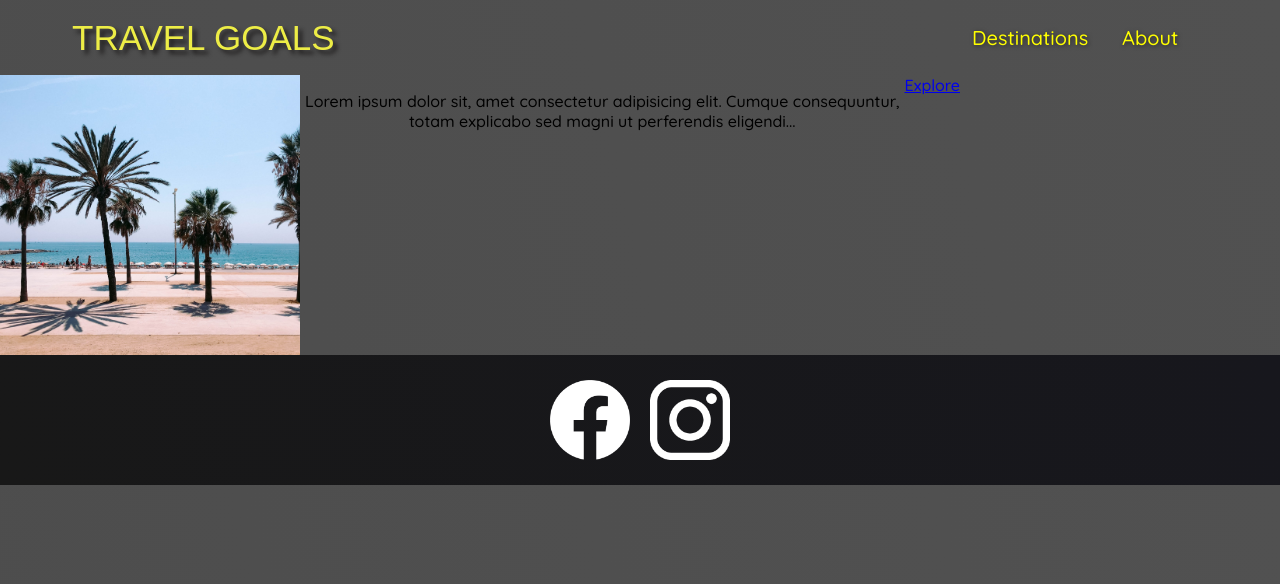
Repository: MicTomm/Travel-Goals
Page: places.html
These files come from the project's save history. The page is drawn as it stood at one moment and after the next save; the edit follows.
The browser window is 1280 px wide. The pictures show the whole page.
Some web fonts or font styles are not loaded; a fallback is used.

Above is the page before, as saved 2023-06-08 20:13:07.

After the next save:
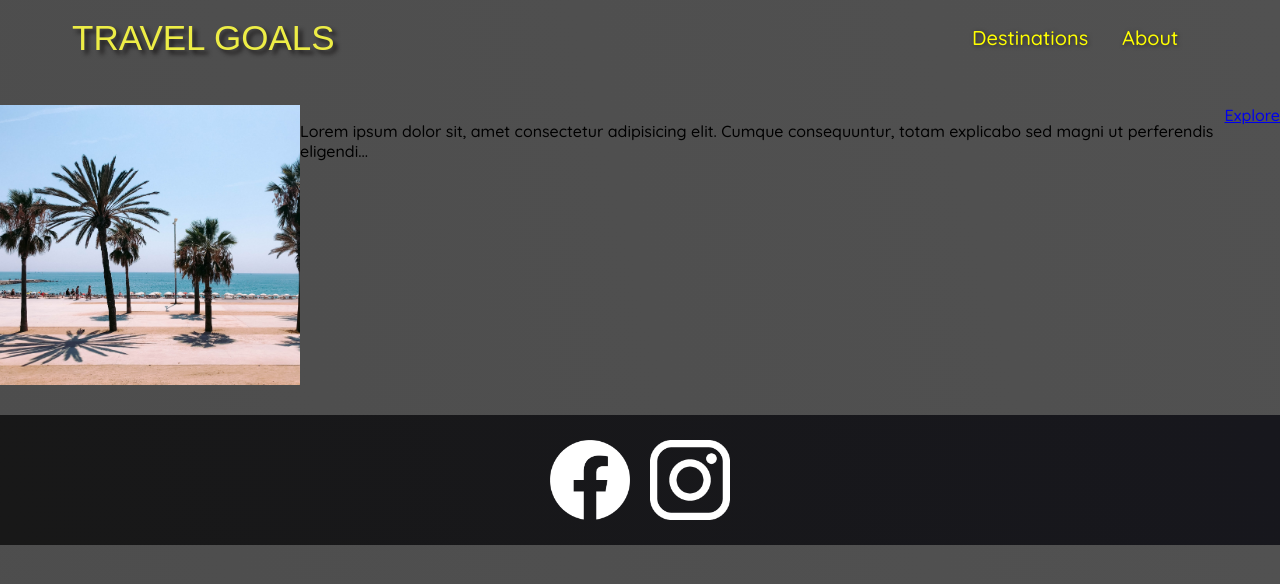
Saved 33 s later.
--- a/styles/places.css
+++ b/styles/places.css
@@ -1,27 +1,24 @@
-body{
+body {
     background: linear-gradient(77deg, rgb(77, 77, 77), rgb(81, 81, 81));
 }
+
 /*
     position: static sovrascrive il comportamento impostato per l'header nel file shared.css, al fine
     di evitare la sovrapposizione delle prime card sull'header
 */
-header{
+header {
     position: static;
 }
 
-main{
-    text-align: center;
+main ul {
+    margin: 30px auto;
 }
 
-main ul{
-    width: 75%;
-}
-
-main li{
+main li {
     display: flex;
 }
 
-main li img{
+main li img {
     height: 280px;
     width: 300px;
     object-fit: cover;

After the save that followed:
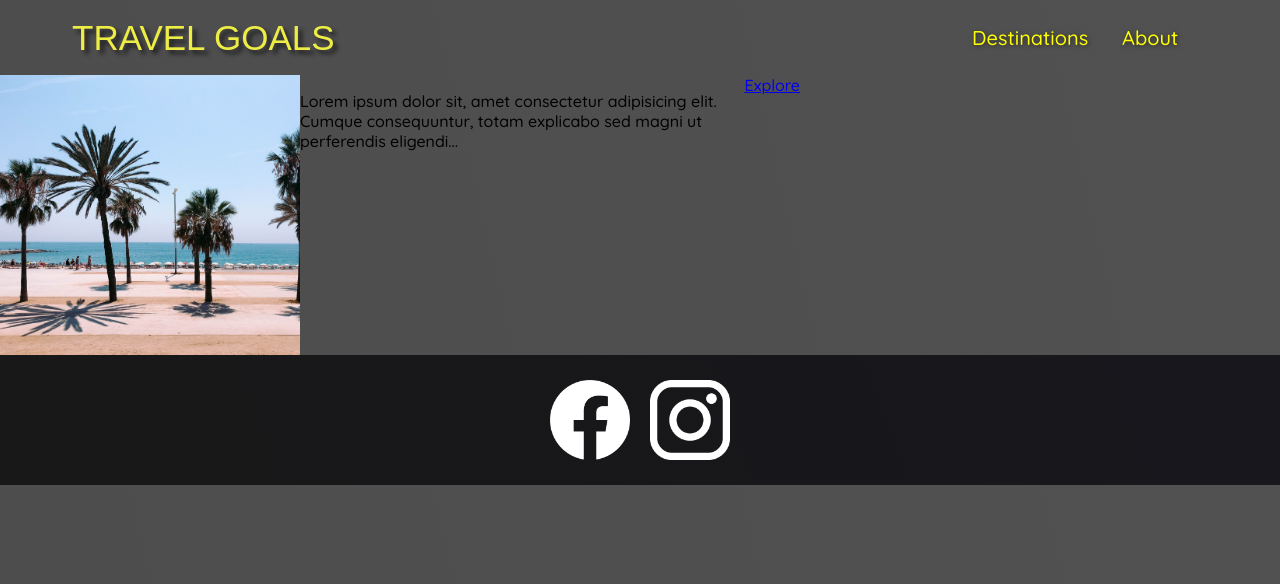
Saved 2 min 13 s later.
--- a/styles/places.css
+++ b/styles/places.css
@@ -11,7 +11,7 @@
 }
 
 main ul {
-    margin: 30px auto;
+    width: 800px;
 }
 
 main li {
